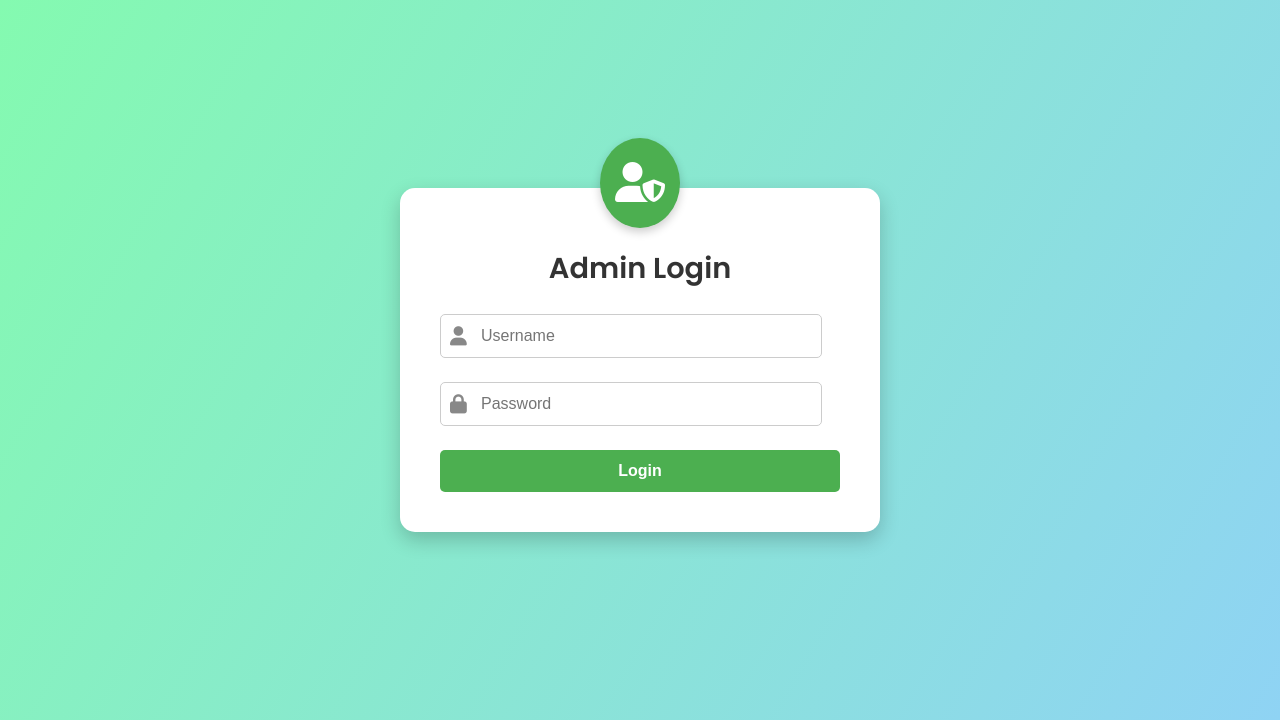
Repository: Syed1818/project
Page: http://localhost/admin_login.php
These files come from the project's save history. The page is drawn as it stood at one moment and after the next save; the edit follows.
The browser window is 1280 px wide. The pictures show the whole page.
The page is run by PHP 8.4 with error messages shown; the project is at /var/www/html/.

Above is the page before, as saved 2024-12-07 17:09:00.

### admin_login.php
<!DOCTYPE html>
<html lang="en">
<head>
    <meta charset="UTF-8">
    <meta name="viewport" content="width=device-width, initial-scale=1.0">
    <title>Admin Login</title>
    <!-- Google Fonts -->
    <link href="https://fonts.googleapis.com/css2?family=Poppins:wght@300;400;600&display=swap" rel="stylesheet">
    <!-- FontAwesome Icons -->
    <link rel="stylesheet" href="https://cdnjs.cloudflare.com/ajax/libs/font-awesome/6.0.0-beta3/css/all.min.css">

    <style>
body {
            font-family: 'Poppins', sans-serif;
            background: linear-gradient(120deg, #84fab0, #8fd3f4);
            color: #333;
            display: flex;
            justify-content: center;
            align-items: center;
            height: 100vh;
            margin: 0;
        }

        .login-container {
            background: #fff;
            padding: 2.5rem;
            border-radius: 15px;
            box-shadow: 0 8px 20px rgba(0, 0, 0, 0.2);
            width: 100%;
            max-width: 400px;
            position: relative;
        }

        .login-container .icon {
            position: absolute;
            top: -50px;
            left: 50%;
            transform: translateX(-50%);
            background-color: #4CAF50;
            color: white;
            border-radius: 50%;
            padding: 15px;
            font-size: 2.5rem;
            box-shadow: 0 4px 10px rgba(0, 0, 0, 0.2);
        }

        h1 {
            text-align: center;
            margin-bottom: 1.5rem;
            color: #333;
            font-size: 1.8rem;
        }

        form {
            display: flex;
            flex-direction: column;
            gap: 1.5rem;
        }

        label {
            font-weight: 500;
            color: #555;
        }

        .input-container {
            position: relative;
        }

        .input-container input,
        .input-container textarea {
            width: 300px;
            padding: 0.75rem 2.5rem;
            border: 1px solid #ccc;
            border-radius: 5px;
            font-size: 1rem;
            color: #333;
        }

        .input-container i {
            position: absolute;
            top: 50%;
            left: 10px;
            transform: translateY(-50%);
            color: #888;
            font-size: 1.2rem;
        }

        .input-container textarea {
            resize: none; /* Prevent resizing */
            height: 100px; /* Set a fixed height */
        }

        button {
            padding: 0.75rem;
            background-color: #4CAF50;
            color: white;
            border: none;
            border-radius: 5px;
            cursor: pointer;
            font-weight: bold;
            font-size: 1rem;
            transition: background-color 0.3s ease, transform 0.2s ease;
        }

        button:hover {
            background-color: #45a049;
            transform: translateY(-2px);
        }
    </style>
</head>
<body>
    <div class="login-container">
        <div class="icon">
            <i class="fas fa-user-shield"></i>
        </div>
        <h1>Admin Login</h1>
        <form action="admin_authenticate.php" method="POST">
            <div class="input-container">
                <i class="fas fa-user"></i>
                <input type="text" id="username" name="username" placeholder="Username" required>
            </div>

            <div class="input-container">
                <i class="fas fa-lock"></i>
                <input type="password" id="password" name="password" placeholder="Password" required>
            </div>

            <button type="submit">Login</button>
        </form>
    </div>
</body>
</html>

After the next save:
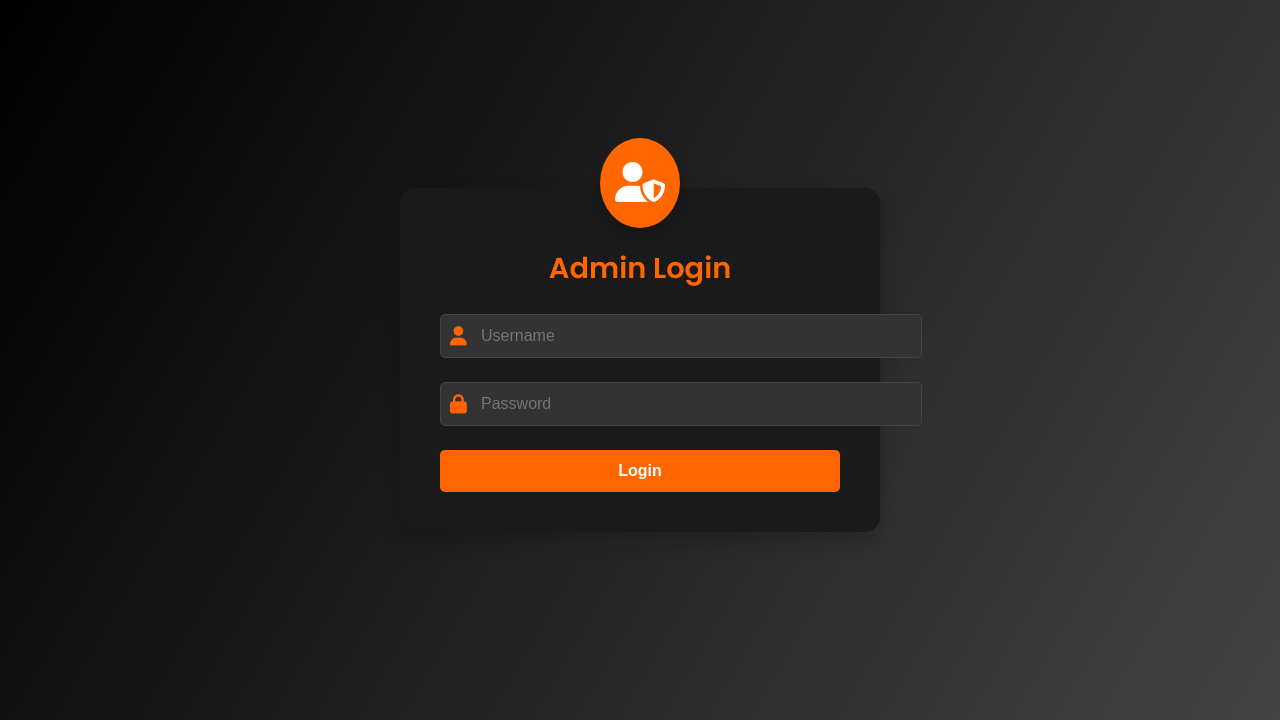
Saved 2 min 43 s later.
--- a/admin_login.php
+++ b/admin_login.php
@@ -10,10 +10,10 @@
     <link rel="stylesheet" href="https://cdnjs.cloudflare.com/ajax/libs/font-awesome/6.0.0-beta3/css/all.min.css">
 
     <style>
-body {
+        body {
             font-family: 'Poppins', sans-serif;
-            background: linear-gradient(120deg, #84fab0, #8fd3f4);
-            color: #333;
+            background: linear-gradient(120deg, #000000, #444444);
+            color: #ffffff;
             display: flex;
             justify-content: center;
             align-items: center;
@@ -22,7 +22,7 @@ body {
         }
 
         .login-container {
-            background: #fff;
+            background: #1a1a1a;
             padding: 2.5rem;
             border-radius: 15px;
             box-shadow: 0 8px 20px rgba(0, 0, 0, 0.2);
@@ -36,7 +36,7 @@ body {
             top: -50px;
             left: 50%;
             transform: translateX(-50%);
-            background-color: #4CAF50;
+            background-color: #ff6600;
             color: white;
             border-radius: 50%;
             padding: 15px;
@@ -47,7 +47,7 @@ body {
         h1 {
             text-align: center;
             margin-bottom: 1.5rem;
-            color: #333;
+            color: #ff6600;
             font-size: 1.8rem;
         }
 
@@ -59,7 +59,7 @@ body {
 
         label {
             font-weight: 500;
-            color: #555;
+            color: #aaaaaa;
         }
 
         .input-container {
@@ -68,12 +68,13 @@ body {
 
         .input-container input,
         .input-container textarea {
-            width: 300px;
+            width: 100%;
             padding: 0.75rem 2.5rem;
-            border: 1px solid #ccc;
+            border: 1px solid #444444;
             border-radius: 5px;
             font-size: 1rem;
-            color: #333;
+            background-color: #333333;
+            color: #ffffff;
         }
 
         .input-container i {
@@ -81,7 +82,7 @@ body {
             top: 50%;
             left: 10px;
             transform: translateY(-50%);
-            color: #888;
+            color: #ff6600;
             font-size: 1.2rem;
         }
 
@@ -92,7 +93,7 @@ body {
 
         button {
             padding: 0.75rem;
-            background-color: #4CAF50;
+            background-color: #ff6600;
             color: white;
             border: none;
             border-radius: 5px;
@@ -103,7 +104,7 @@ body {
         }
 
         button:hover {
-            background-color: #45a049;
+            background-color: #e65c00;
             transform: translateY(-2px);
         }
     </style>
